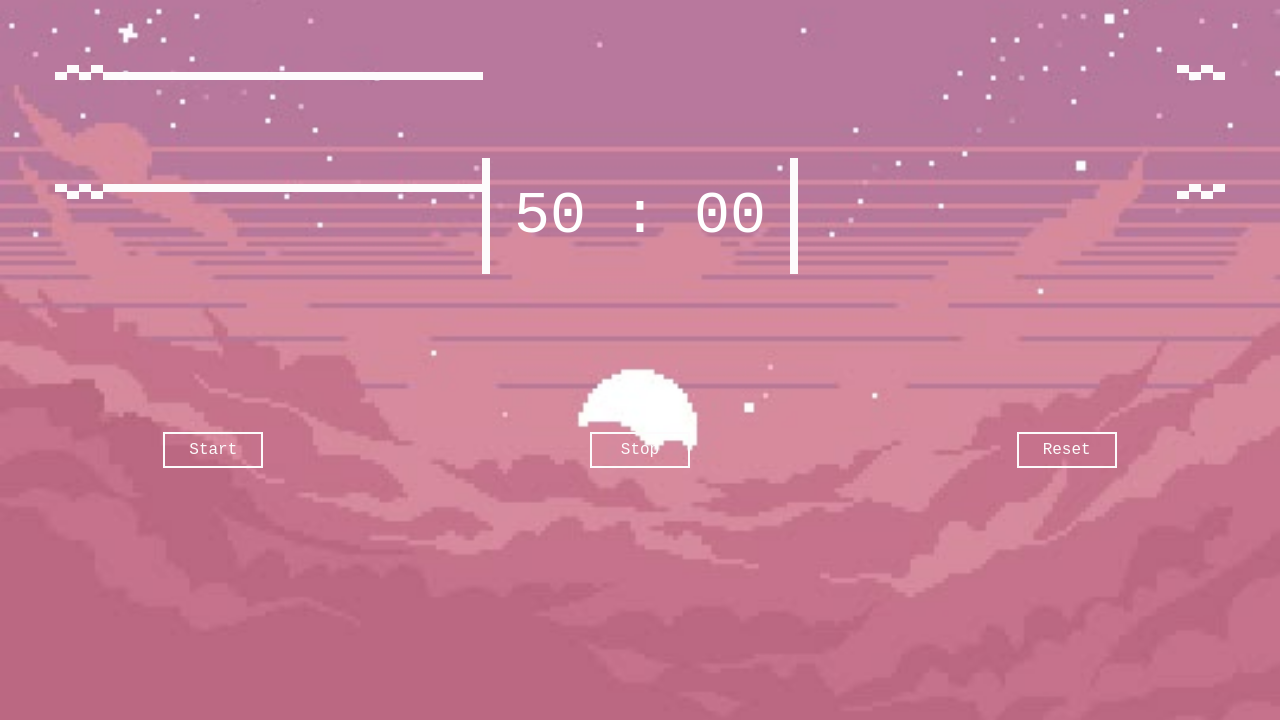
Repository: niharikapatil2306/Study-Timer
Page: index.html
An editor plug-in stored every save of this project. The page is shown before and after the next save, followed by the edit.
The browser window is 1280 px wide. The pictures show the whole page.
Some web fonts or font styles are not loaded; a fallback is used.

Above is the page before, as saved 2025-02-18 18:07:49.

### index.html
<!DOCTYPE html>
<html lang="en">
<head>
    <meta charset="UTF-8">
    <meta name="viewport" content="width=device-width, initial-scale=1.0">
    <title>Study Timer</title>
    <link href="https://fonts.googleapis.com/css2?family=Pixelify+Sans:wght@400..700&display=swap" rel="stylesheet">
    <link rel="stylesheet" href="style.css" />
</head>
<body style="background-color: black;">
    <div class="container">

        <div class="timer">
            <div class="pixel">
                <div class="square1"></div>
                <div class="square13"></div>
                <div class="square2"></div>
                <div class="square14"></div>
                <div class="square3"></div>
                <div class="line1"></div>
            </div>
            <div class="pixel">
                <div class="square4"></div>
                <div class="square15"></div>
                <div class="square5"></div>
                <div class="square16"></div>
                <div class="square6"></div>
            </div>

            <div class="pixel">
                <div class="square7"></div>
                <div class="square17"></div>
                <div class="square8"></div>
                <div class="square18"></div>
                <div class="square9"></div>
                <div class="line2"></div>
            </div>
            <div class="pixel">
                <div class="square10"></div>
                <div class="square19"></div>
                <div class="square11"></div>
                <div class="square20"></div>
                <div class="square12"></div>
            </div>

            <div class="box">
                <span id="min">
                    50
                </span>
                :
                <span id="sec">
                    00
                </span>
            </div>
        </div>
        <div class="button_container">
            <button id="start">
                Start
            </button>
            <button id="stop">
                Stop
            </button>
            <button id="reset">
                Reset
            </button>
        </div>
    </div>
    <script src="./clock.js"></script>
</body>
</html>

### style.css
body {
    margin: 0;
    padding: 0;
    background: url("./img/bg.jpeg") no-repeat center center fixed;
    background-size: cover;
}

.container{
    height: 100vh;
}

.box{
    border-left: 8px solid #FDFBFC;
    border-right: 8px solid #FDFBFC;
    padding: 24px;
}

.square1{
    position: fixed;
    height: 8px;
    width: 12px;
    left: 47px;
    top: 72px;
    background-color: transparent;
}

.square2{
    position: fixed;
    height: 8px;
    width: 12px;
    left: 55px;
    top: 72px;
    background-color: #FDFBFC;
}

.square3{
    position: fixed;
    height: 8px;
    width: 12px;
    left: 79px;
    top: 72px;
    background-color: #FDFBFC;
}

.line1{
    position: fixed;
    height: 8px;
    width: 380px;
    left: 103px;
    top: 72px;
    background-color: #FDFBFC;
}

.square4{
    position: fixed;
    height: 8px;
    width: 12px;
    right: 79px;
    top: 72px;
    background-color: #FDFBFC;
}

.square5{
    position: fixed;
    height: 8px;
    width: 12px;
    right: 55px;
    top: 72px;
    background-color: #FDFBFC;
}

.square6{
    position: fixed;
    height: 8px;
    width: 12px;
    right: 47px;
    top: 72px;
    background-color: transparent;
}

.square7{
    position: fixed;
    height: 8px;
    width: 12px;
    left: 47px;
    top: 179px;
    background-color: transparent;
}

.square8{
    position: fixed;
    height: 8px;
    width: 12px;
    left: 55px;
    top: 184px;
    background-color: #FDFBFC;
}

.square9{
    position: fixed;
    height: 8px;
    width: 12px;
    left: 79px;
    top: 184px;
    background-color: #FDFBFC;
}

.line2{
    position: fixed;
    height: 8px;
    width: 380px;
    left: 103px;
    top: 184px;
    background-color: #FDFBFC;
}

.square10{
    position: fixed;
    height: 8px;
    width: 12px;
    right: 79px;
    top: 184px;
    background-color: #FDFBFC;
}

.square11{
    position: fixed;
    height: 8px;
    width: 12px;
    right: 55px;
    top: 184px;
    background-color: #FDFBFC;
}

.square12{
    position: fixed;
    height: 8px;
    width: 12px;
    right: 47px;
    top: 181px;
    background-color: transparent;
}

.square13{
    position: fixed;
    height: 8px;
    width: 12px;
    left: 67px;
    top: 65px;
    background-color: #FDFBFC;
}

.square14{
    position: fixed;
    height: 8px;
    width: 12px;
    left: 91px;
    top: 65px;
    background-color: #FDFBFC;
}

.square15{
    position: fixed;
    height: 8px;
    width: 12px;
    right: 67px;
    top: 65px;
    background-color: #FDFBFC;
}

.square16{
    position: fixed;
    height: 8px;
    width: 12px;
    right: 91px;
    top: 65px;
    background-color: #FDFBFC;
}

.square17{
    position: fixed;
    height: 8px;
    width: 12px;
    right: 91px;
    top: 191px;
    background-color: #FDFBFC;
}

.square18{
    position: fixed;
    height: 8px;
    width: 12px;
    right: 67px;
    top: 191px;
    background-color: #FDFBFC;
}

.square19{
    position: fixed;
    height: 8px;
    width: 12px;
    left: 67px;
    top: 191px;
    background-color: #FDFBFC;
}

.square20{
    position: fixed;
    height: 8px;
    width: 12px;
    left: 91px;
    top: 191px;
    background-color: #FDFBFC;
}

.timer{
    font-family: 'Press Start 2P', monospace;
    height: 60vh;
    font-size: 60px;
    color: white;
    display: flex;
    align-items: center;
    justify-content: center;
}

.button_container{
    display: flex;
    align-items: center;
    justify-content: space-around;
}

button{
    font-family: 'Press Start 2P', monospace;
    border: 2px solid #FDFBFC;
    height: 36px;
    width: 100px;
    background-color: transparent;
    font-size: 16px;
    color: #FDFBFC;
}

/* .start{

} */

### clock.js
let timer;
let timeLeft = 50*60 // 50 minutes
const min = document.getElementById("min");
const sec = document.getElementById("sec");
const startBtn = document.getElementById("start");
const resetBtn = document.getElementById("reset");
const stopBtn = document.getElementById("stop");

function updateDisplay(){
    let minutes = Math.floor(timeLeft/60);
    let seconds = timeLeft%60;
    min.textContent = minutes.toString().padStart(2, "0");
    sec.textContent = seconds.toString().padStart(2, "0");
}

startBtn.addEventListener("click", () => {
    if(!timer){
        timer = setInterval(() => {
            if(timeLeft>0){
                timeLeft--;
                updateDisplay();
            }
            else{
                clearInterval(timer);
                timer = null;
                alert("Take a break!!")
            }
        }, 1000);
    }
});

resetBtn.addEventListener("click", () => {
    clearInterval(timer);
    timer = null;
    timeLeft = 50*60;
    updateDisplay();
});

stopBtn.addEventListener("click", () =>{
    clearInterval(timer);
    timer = null;
})

After the next save:
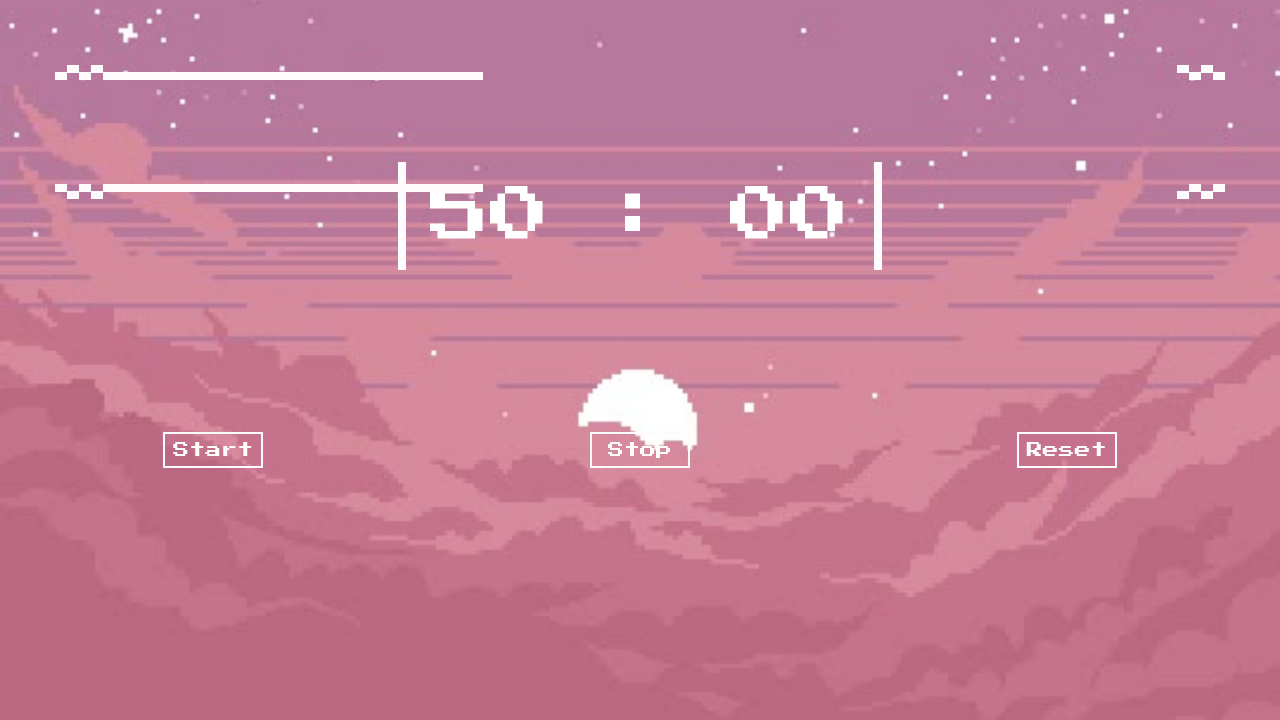
Saved 7 s later.
--- a/index.html
+++ b/index.html
@@ -4,7 +4,7 @@
     <meta charset="UTF-8">
     <meta name="viewport" content="width=device-width, initial-scale=1.0">
     <title>Study Timer</title>
-    <link href="https://fonts.googleapis.com/css2?family=Pixelify+Sans:wght@400..700&display=swap" rel="stylesheet">
+    <link href="https://fonts.googleapis.com/css2?family=Press+Start+2P&display=swap" rel="stylesheet">
     <link rel="stylesheet" href="style.css" />
 </head>
 <body style="background-color: black;">

After the save that followed:
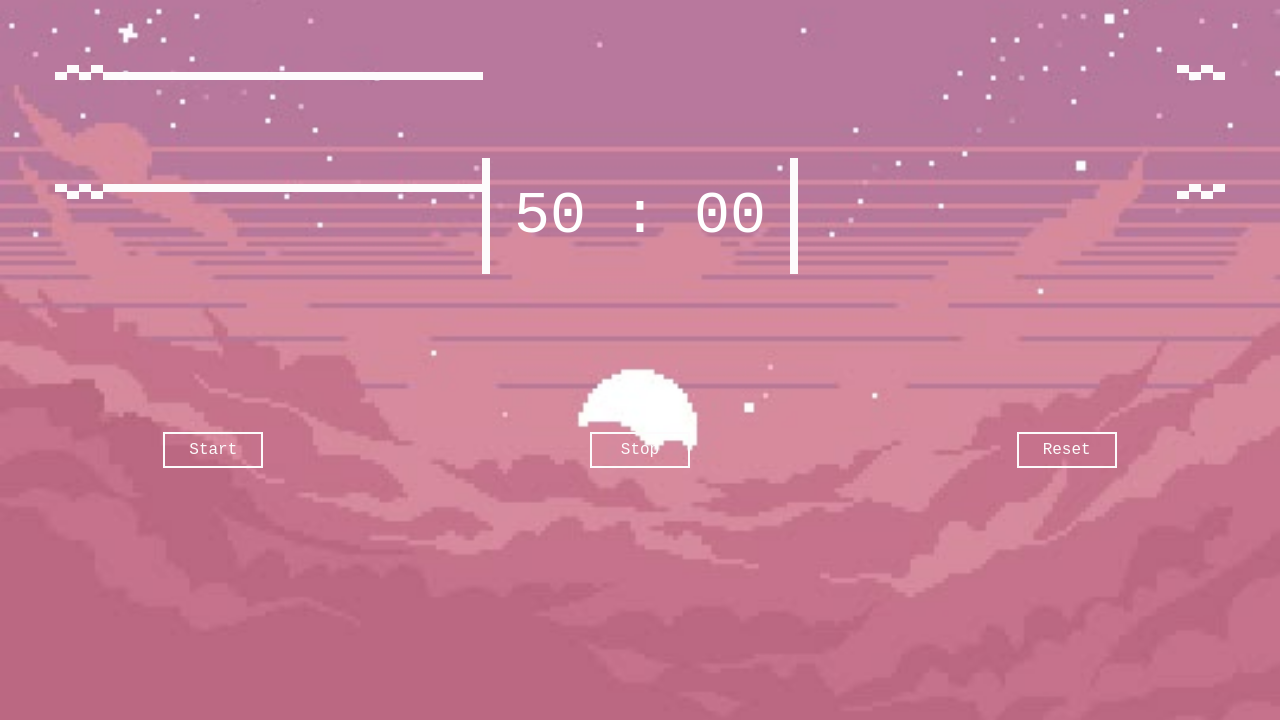
Saved 102 s later.
--- a/index.html
+++ b/index.html
@@ -4,7 +4,8 @@
     <meta charset="UTF-8">
     <meta name="viewport" content="width=device-width, initial-scale=1.0">
     <title>Study Timer</title>
-    <link href="https://fonts.googleapis.com/css2?family=Press+Start+2P&display=swap" rel="stylesheet">
+    <link href="https://fonts.googleapis.com/css2?family=Doto:wght@100..900&family=Pixelify+Sans:wght@400..700&display=swap" rel="stylesheet">
+
     <link rel="stylesheet" href="style.css" />
 </head>
 <body style="background-color: black;">
